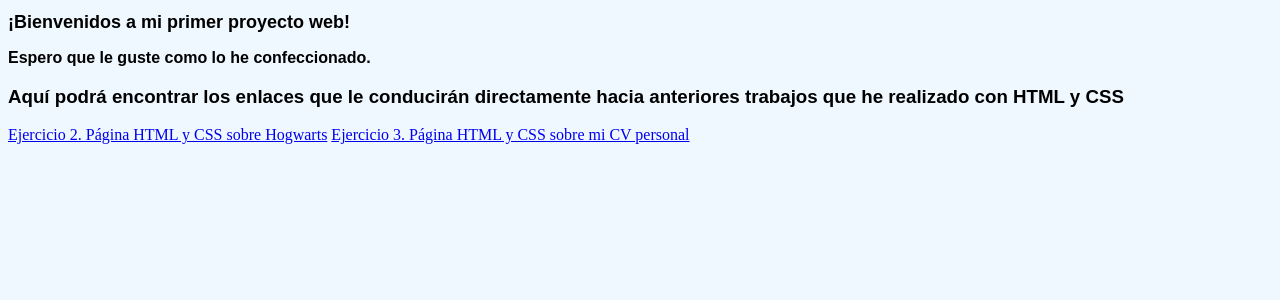
Repository: Pablosky971/Ejercicio-4.-Proyecto-Web
Page: http://localhost/Ejercicio4/
An editor plug-in stored every save of this project. The page is shown before and after the next save, followed by the edit.
The browser window is 1280 px wide. The pictures show the whole page.
The page is served by Tomcat 9.

Above is the page before, as saved 2022-03-09 12:26:44.

After the next save:
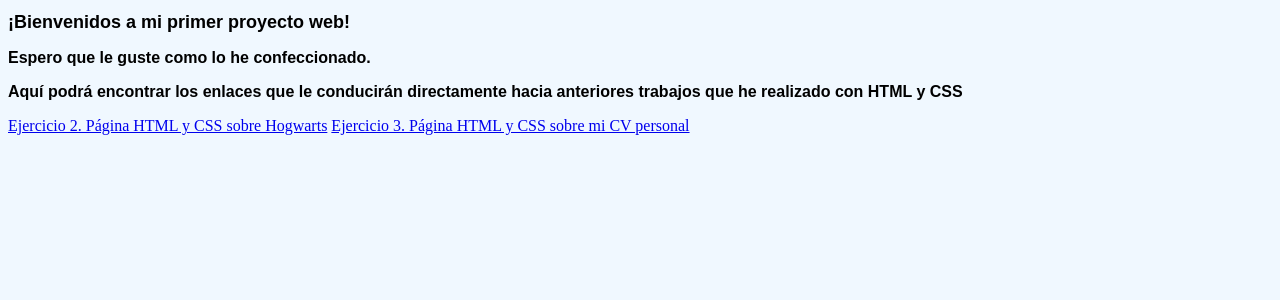
Saved 9 s later.
--- a/Ejercicio4/src/main/webapp/css/index.css
+++ b/Ejercicio4/src/main/webapp/css/index.css
@@ -15,7 +15,7 @@ h3.subtitulo {
 
 h3.navegacion {
 	font-family: sans-serif;
-
+	font-size: medium;
 }
 
 a {
